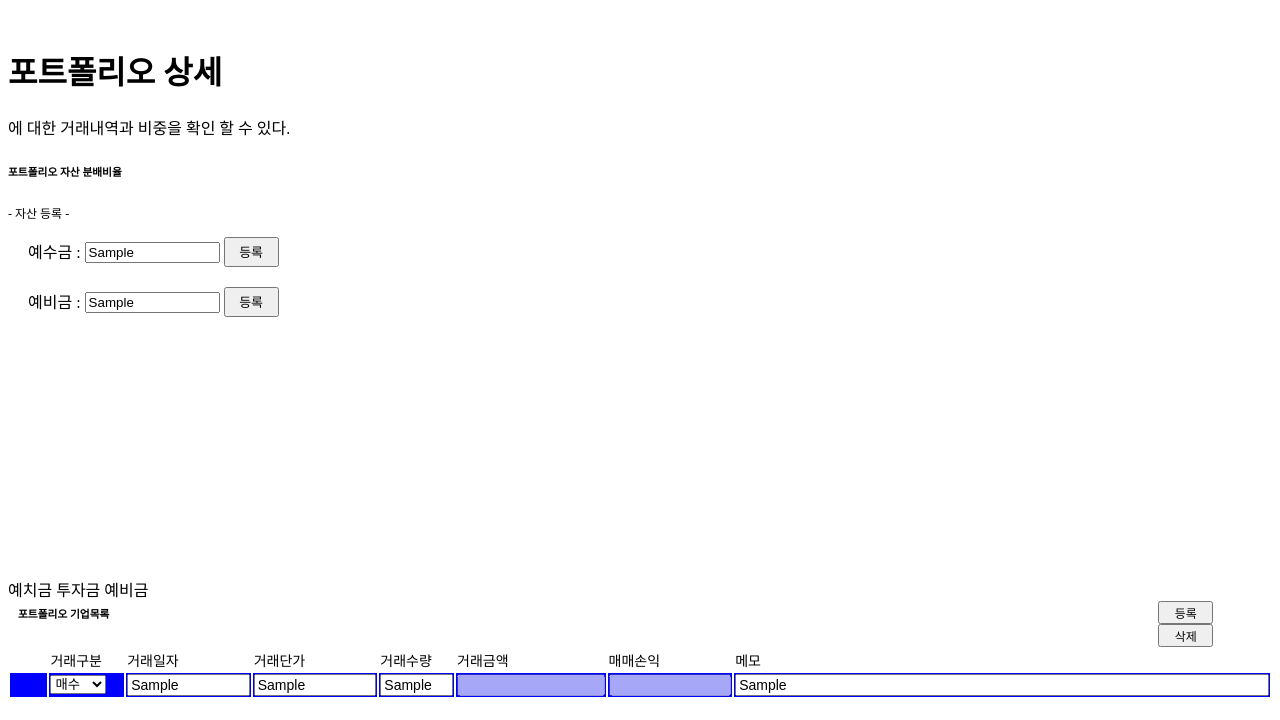
Repository: bangProgram/PJT_Finance
Page: http://localhost/Finance/WEB-INF/views/portfolio/portfolioDetail.jsp
These files come from the project's save history. The page is drawn as it stood at one moment and after the next save; the edit follows.
The browser window is 1280 px wide. The pictures show the whole page.
Empty fields were first filled with sample values (such as "Sample", 5 or name@example.com).
After loading, the first visible `#gubn` was changed once.
The page is served by Tomcat 9. Nobody is signed in. The template is opened directly, without the code that normally fills it, so the values that code supplies are empty.

Above is the page before, as saved 2022-11-16 05:45:16.

After the next save:
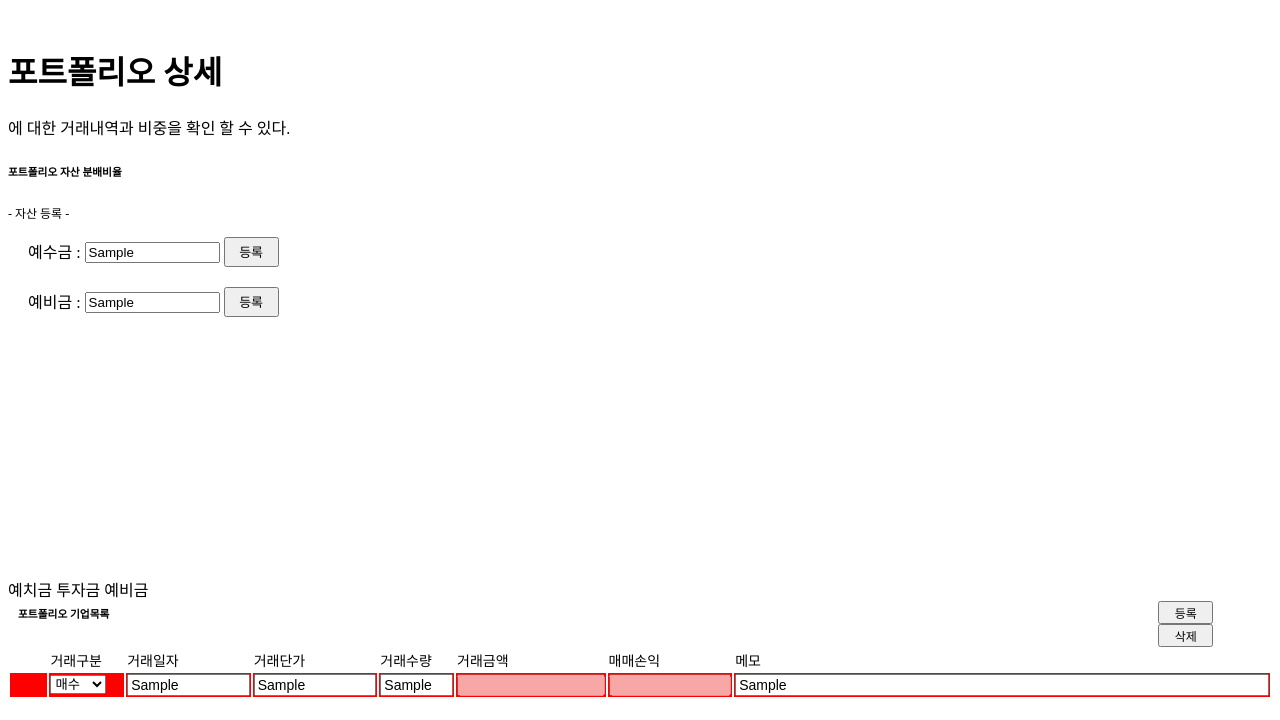
Saved 23 s later.
--- a/Finance/src/main/webapp/WEB-INF/views/portfolio/portfolioDetail.jsp
+++ b/Finance/src/main/webapp/WEB-INF/views/portfolio/portfolioDetail.jsp
@@ -7,9 +7,9 @@
 	$(document).ready(function(){
 		$("#gubn").change(function(){
 			if(this.value == "B"){
+				$("#inputTr").css("background-color","red");
+			}else if(this.value == "S"){
 				$("#inputTr").css("background-color","blue");
-			}else if(this.value == "S"){
-				$("#inputTr").css("background-color","red");
 			}else{
 				$("#inputTr").css("background-color","");
 			}
